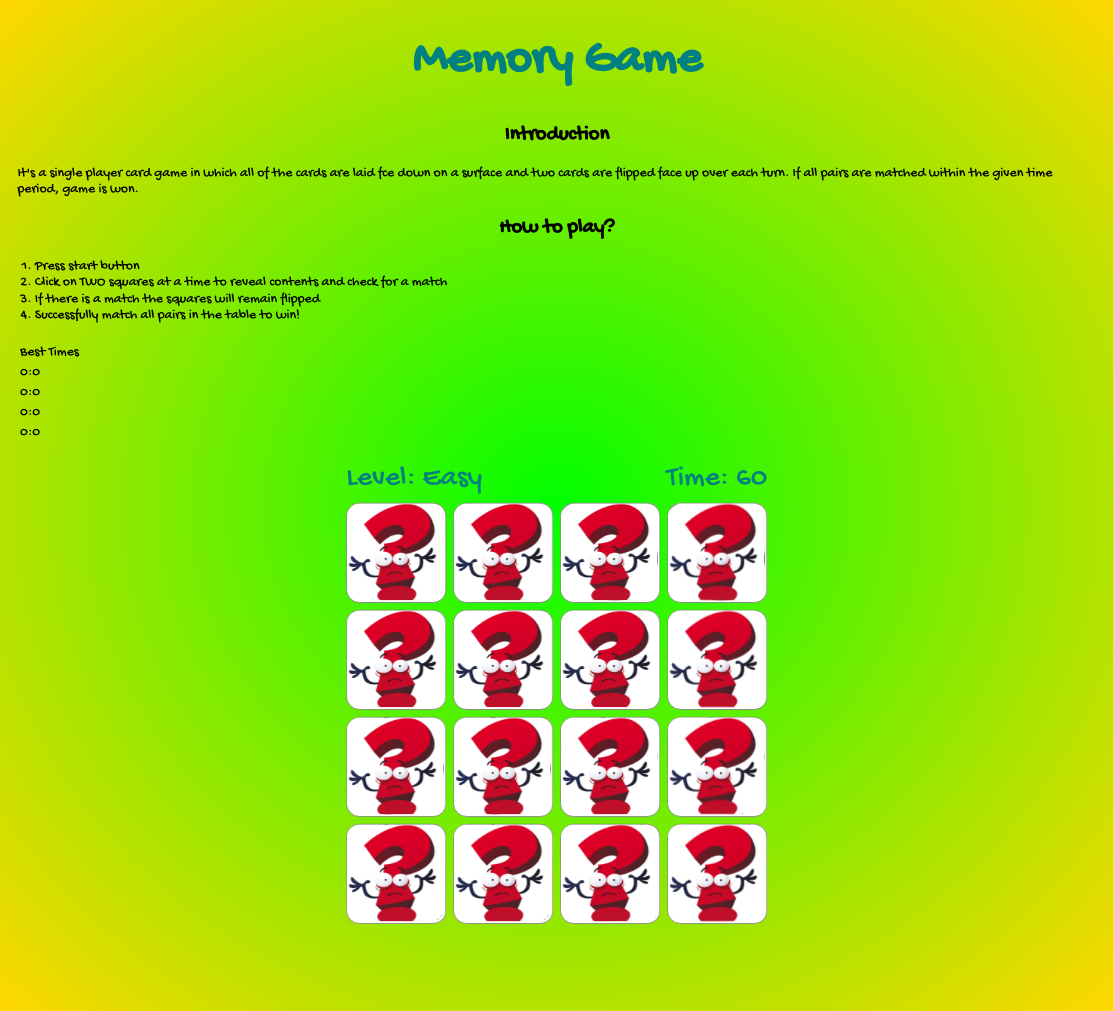
Repository: lauramika/Memory-Game
Page: index.html
The author's editor kept a record of every edit. The page is drawn from the files as they stood at one moment, then again after the next edit.
The browser window is 1280 px wide. The pictures show the whole page, at 87% of full size.

Above is the page before.

### index.html
<!DOCTYPE html>
<html lang = 'en'>
    <head>
        <meta name="viewport" content="width=device-width, initial-scale=1.0">
        <link rel="stylesheet" href="style.css" type="text/css" />
        <title>Memory Game</title>
    </head>
    <body>
        <h1 class="title-game">Memory Game</h1>

        <h2>Introduction</h2>
            <p>It's a single player card game in which all of the cards are
            laid fce down on a surface and two cards are flipped face up over
            each turn. If all pairs are matched within the given time
            period, game is won.</p>
         <div class="how-to-play">
            <h2>How to play?</h2>
              <ol>
                <li>Press start button</li>
                <li>Click on TWO squares at a time to reveal contents and check for a match</li>
                <li>If there is a match the squares will remain flipped </li>
                <li>Successfully match all pairs in the table to win!</li>
              </ol>
          </div>
          <div class="times">
            <table>
              <tr>
                <td class= "title">Best Times</td>
              </tr>
              <tr>
                <td class = "slot">0:0</td>
              </tr>
              <tr>
                <td class = "slot">0:0</td>
              </tr>
              <tr>
                <td class = "slot">0:0</td>
              </tr>
              <tr>
                <td class = "slot">0:0</td>
              </tr>
            </table>
          </div>

        <div class="main-container">
            <div class= "rules-container">
                <div class="level-container">
                    Level: <span id="level">Easy</span>
                </div>
                <div class="time-container">
                    Time: <span id="time-left">60</span>
                </div>
            </div>
            <div class="cards">

                <div class="front-face">
                    <img src="images/camera.png"></img>
                </div>
                 <div class="back-face">
                   <img src="images/question.jpg"></img>
                </div>
            </div>
            <div class="cards">


                <div class="front-face">
                    <img src="images/camera.png"></img>
                </div>
                 <div class="back-face">
                   <img src="images/question.jpg"></img>
                </div>
            </div>
            <div class="cards">

                <div class="front-face">
                    <img src="images/bomb.png"></img>
                </div>
                 <div class="back-face">
                   <img src="images/question.jpg"></img>
                </div>
            </div>
            <div class="cards">

                <div class="front-face">
                    <img src="images/bomb.png"></img>
                </div>
                 <div class="back-face">
                   <img src="images/question.jpg"></img>
                </div>
            </div>
            <div class="cards">

                <div class="front-face">
                    <img src="images/garfield.jpg"></img>
                </div>
                 <div class="back-face">
                   <img src="images/question.jpg"></img>
                </div>
            </div>
            <div class="cards">

                <div class="front-face">
                    <img src="images/garfield.jpg"></img>
                </div>
                 <div class="back-face">
                   <img src="images/question.jpg"></img>
                </div>
            </div>
            <div class="cards">

                <div class="front-face">
                    <img src="images/ladybug.jpg"></img>
                </div>
                 <div class="back-face">
                   <img src="images/question.jpg"></img>
                </div>
            </div>
            <div class="cards">

                <div class="front-face">
                    <img src="images/ladybug.jpg"></img>
                </div>
                 <div class="back-face">
                   <img src="images/question.jpg"></img>
                </div>
            </div>
            <div class="cards">

                <div class="front-face">
                    <img src="images/puppy.jpg"></img>
                </div>
                 <div class="back-face">
                   <img src="images/question.jpg"></img>
                </div>
            </div>
            <div class="cards">

                <div class="front-face">
                    <img src="images/puppy.jpg"></img>
                </div>
                 <div class="back-face">
                   <img src="images/question.jpg"></img>
                </div>
            </div>
            <div class="cards">

                <div class="front-face">
                    <img src="images/star.jpg"></img>
                </div>
                 <div class="back-face">
                   <img src="images/question.jpg"></img>
                </div>
            </div>
            <div class="cards">

                <div class="front-face">
                    <img src="images/star.jpg"></img>
                </div>
                 <div class="back-face">
                   <img src="images/question.jpg"></img>
                </div>
            </div>
            <div class="cards">

                <div class="front-face">
                    <img src="images/frog.jpg"></img>
                </div>
                 <div class="back-face">
                   <img src="images/question.jpg"></img>
                </div>
            </div>
            <div class="cards">

                <div class="front-face">
                    <img src="images/frog.jpg"></img>
                </div>
                 <div class="back-face">
                   <img src="images/question.jpg"></img>
                </div>
            </div>
            <div class="cards">

                <div class="front-face">
                    <img src="images/bananas.jpg"></img>
                </div>
                 <div class="back-face">
                   <img src="images/question.jpg"></img>
                </div>
            </div>
            <div class="cards">

                <div class="front-face">
                    <img src="images/bananas.jpg"></img>
                </div>
                 <div class="back-face">
                   <img src="images/question.jpg"></img>
                </div>
            </div>

        </div>
    </body>
</html>

### style.css
@import url('https://fonts.googleapis.com/css?family=Gochi+Hand&display=swap');
* {
    box-sizing: border-box;
}
html {
    min-height: 100vh;
}
body {
    margin: 0;
    background: radial-gradient(lime, gold);
    font-family: 'Gochi Hand', cursive;
}
h2 {
    text-align: center;
}
p, .times {
    margin: 20px;
}
.title-game {
    color: teal;
    text-align: center;
    font-size: 3.5em;
}

.rules-container {
    grid-column: 1 / -1;
    display: flex;
    justify-content: space-between;
}
.main-container {
    display: grid;
    grid-template-columns: repeat(4, auto);
    grid-gap: 8px;
    justify-content: center;
    margin-bottom: 100px;
    color: teal;
    font-size: 2.1em;

}

.cards {
    background-color: white;
    height: 115px;
    width: 115px;
    border-radius: 15px;
    transition: transform .2s;
    border: 1px solid gray;
    position: relative;

}
.cards:hover {
    transform: scale(1.05);
}
.main-container.visible .back-face {
    transform: rotateY(-180deg);
}
.main-container.visible .front-face {
    transform: rotateY(0);
}
.front-face {
    transform: rotateY(180deg);
}
img {
    height: 111px;
    width: 111px;
    border-radius: 15px;
}
.front-face, .back-face {
    position: absolute;
}
.buttons {
    text-align: center;
}
button {
    font-family: 'Gochi Hand', cursive;
    width: 100px;
    font-size: 1.5em;
    letter-spacing: 2px;
    color: white;
    font-weight: bold;
    text-transform: uppercase;
    background: teal;
    padding: 5px 10px;
    border-radius: 30px;
    border: none;
    margin: 5px;
}
button:hover {
   transform: scale(1.1);
   box-shadow: 3px 3px white;
   opacity: 0.9;
}

@media screen and (max-width: 800px) {
  .cards{
      height: 95px;
      width: 95px;
  }
  img {
      height: 91px;
      width: 91px;
  }
  .main-container {
      grid-gap: 4px;
  }
  .title-game {
      font-size: 2.5em;
  }
  .main-container {
      font-size: 1.6em;
  }
  }
@media screen and (max-width: 480px) {
  .cards{
      height: 70px;
      width: 70px;
  }
  img {
      height: 66px;
      width: 66px;
  }
  .main-container {
      grid-gap: 1px;
  }
  .title-game {
      font-size: 2em;
  }
  .main-container {
      font-size: 1.2em;
  }
  }

After the next edit:
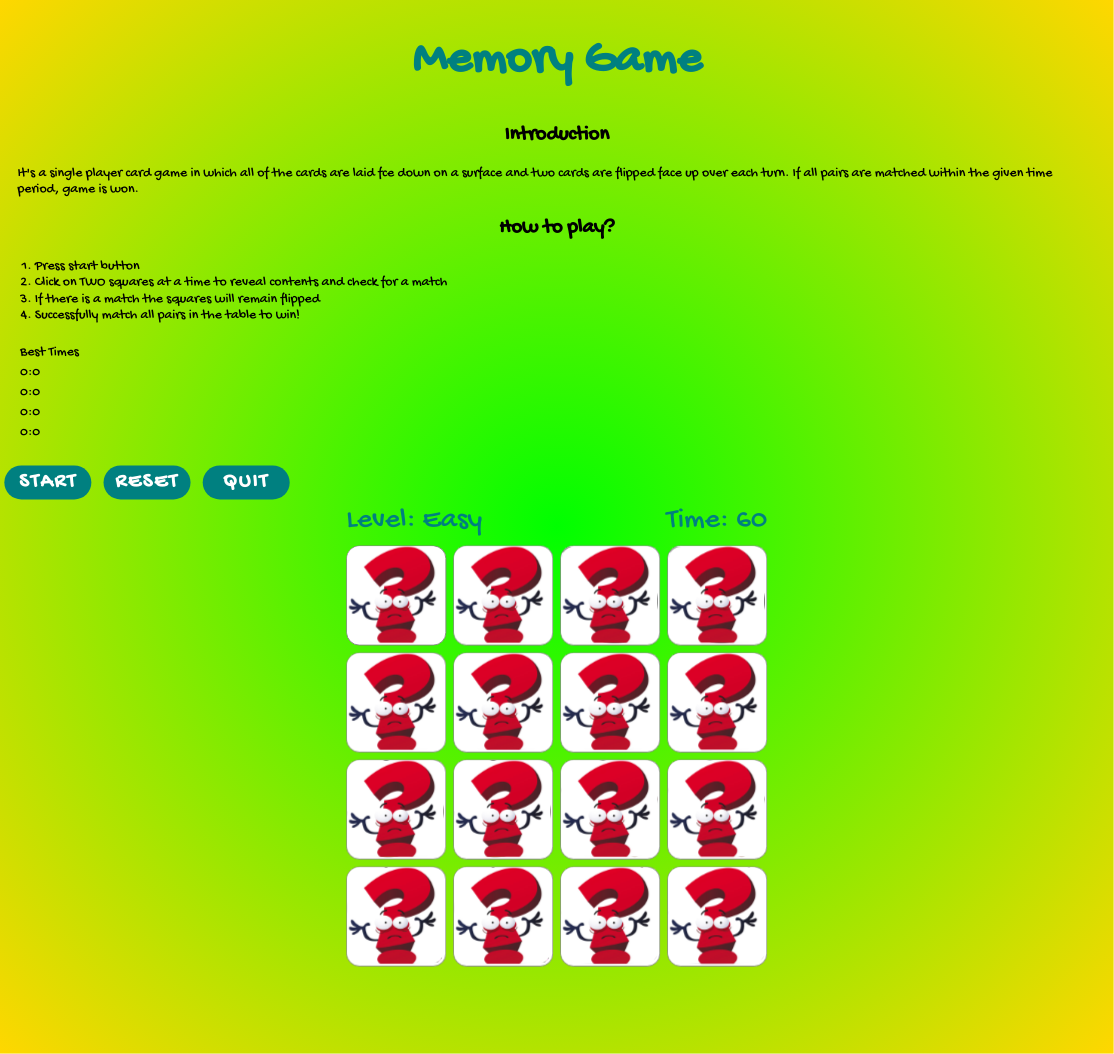
The edit:
--- a/index.html
+++ b/index.html
@@ -41,7 +41,9 @@
               </tr>
             </table>
           </div>
-
+        <button class="start">Start</button>
+        <button class="reset">Reset</button>
+        <button class="quit">Quit</button>
         <div class="main-container">
             <div class= "rules-container">
                 <div class="level-container">
